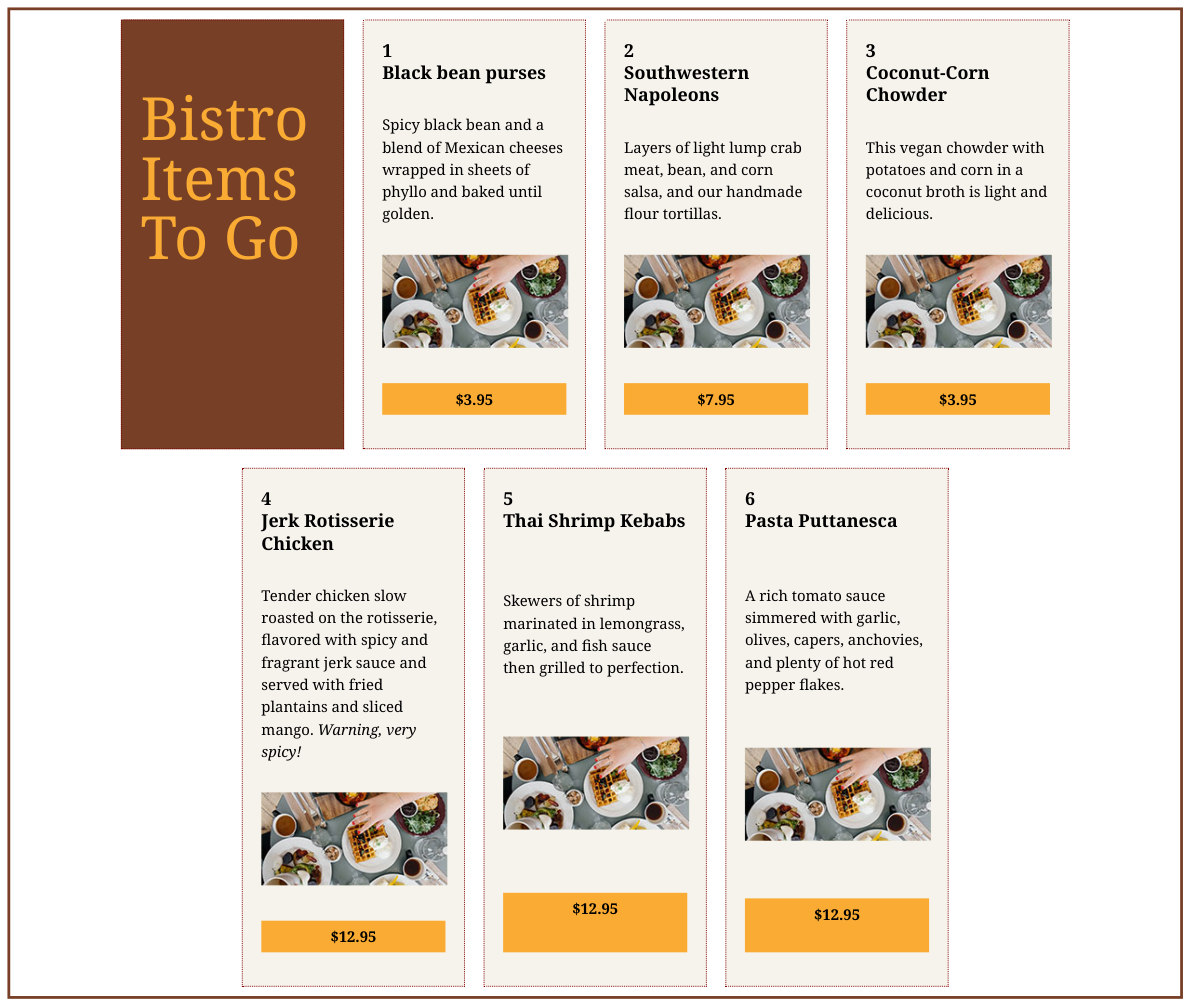
Repository: Colo-Codes/code-practice
Page: 02-css-practice-6.html
These files come from the project's save history. The page is drawn as it stood at one moment and after the next save; the edit follows.
The browser window is 1280 px wide. The pictures show the whole page, at 93% of full size.

Above is the page before, as saved 2021-05-13 11:09:18.

### 02-css-practice-6.html
<!doctype html>
<html>

<head>
  <meta charset="UTF-8">
  <title>Flexbox Product Listing Exercise</title>

  <style>
    html {
      box-sizing: border-box;
    }

    *,
    *:before,
    *:after {
      box-sizing: inherit;
    }

    body {
      font-family: Georgia, serif;
      line-height: 1.5em;
    }

    h1 {
      font-size: 4em;
      font-weight: normal;
    }

    h2 {
      font-size: 1.2em;
      margin-top: 0;
    }

    #menu {
      border: 3px solid #783F27;
      display: flex;
      /* flex-direction: row; */
      align-items: stretch;
      /* flex-wrap: wrap; */
      flex-flow: row wrap;
      justify-content: center;
      /* align-items: center; */
    }

    section {
      background: #F6F3ED;
      margin: 10px;
      padding: 20px;
      border: 1px dotted maroon;
      width: 240px;
      display: flex;
      flex-flow: row wrap;
    }

    .title {
      background-color: #783F27;
      color: #F9AB33;
      line-height: 4em;
    }

    .price {
      font-weight: bold;
      background: #F9AB33;
      padding: 5px;
      width: 100%;
      text-align: center;
    }
  </style>

</head>

<body>
  <div id="menu">
    <section class="title">
      <h1>Bistro Items To Go</h1>
    </section>

    <section class="dish">
      <h2>1<br>Black bean purses</h2>
      <p class="info">Spicy black bean and a blend of Mexican cheeses wrapped in sheets of phyllo and baked until
        golden.</p>
      <p class="photo"><img src="./assets/img/table.jpg" alt=""></p>
      <p class="price">$3.95</p>
    </section>

    <section class="dish">
      <h2>2<br>Southwestern Napoleons</h2>
      <p class="info">Layers of light lump crab meat, bean, and corn salsa, and our handmade flour tortillas.</p>
      <p class="photo"><img src="./assets/img/table.jpg" alt=""></p>
      <p class="price">$7.95</p>
    </section>

    <section class="dish">
      <h2>3<br>Coconut-Corn Chowder</h2>
      <p class="info">This vegan chowder with potatoes and corn in a coconut broth is light and delicious.</p>
      <p class="photo"><img src="./assets/img/table.jpg" alt=""></p>
      <p class="price">$3.95</p>
    </section>

    <section class="dish">
      <h2>4<br>Jerk Rotisserie Chicken</h2>
      <p class="info">Tender chicken slow roasted on the rotisserie, flavored with spicy and fragrant jerk sauce and
        served with fried plantains and sliced mango. <em>Warning, very spicy!</em></p>
      <p class="photo"><img src="./assets/img/table.jpg" alt=""></p>
      <p class="price">$12.95</p>
    </section>

    <section class="dish">
      <h2>5<br>Thai Shrimp Kebabs</h2>
      <p class="info">Skewers of shrimp marinated in lemongrass, garlic, and fish sauce then grilled to perfection.</p>
      <p class="photo"><img src="./assets/img/table.jpg" alt=""></p>
      <p class="price">$12.95</p>
    </section>

    <section class="dish">
      <h2>6<br>Pasta Puttanesca</h2>
      <p class="info">A rich tomato sauce simmered with garlic, olives, capers, anchovies, and plenty of hot red pepper
        flakes.</p>
      <p class="photo"><img src="./assets/img/table.jpg" width="200" height="100" alt=""></p>
      <p class="price">$12.95</p>
    </section>


  </div>

</body>

</html>

After the next save:
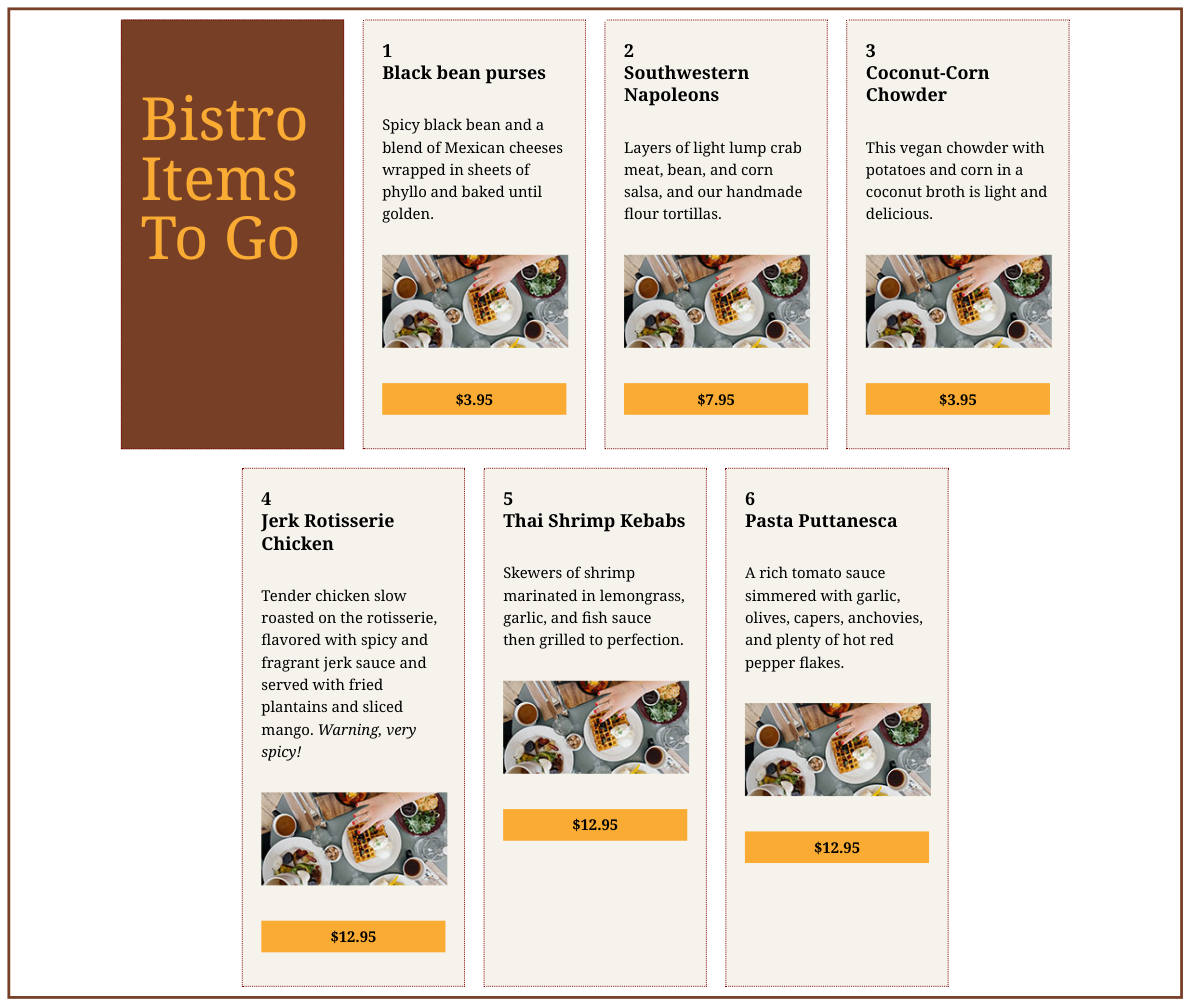
Saved 26 s later.
--- a/02-css-practice-6.html
+++ b/02-css-practice-6.html
@@ -49,7 +49,7 @@
       border: 1px dotted maroon;
       width: 240px;
       display: flex;
-      flex-flow: row wrap;
+      flex-direction: column;
     }
 
     .title {
